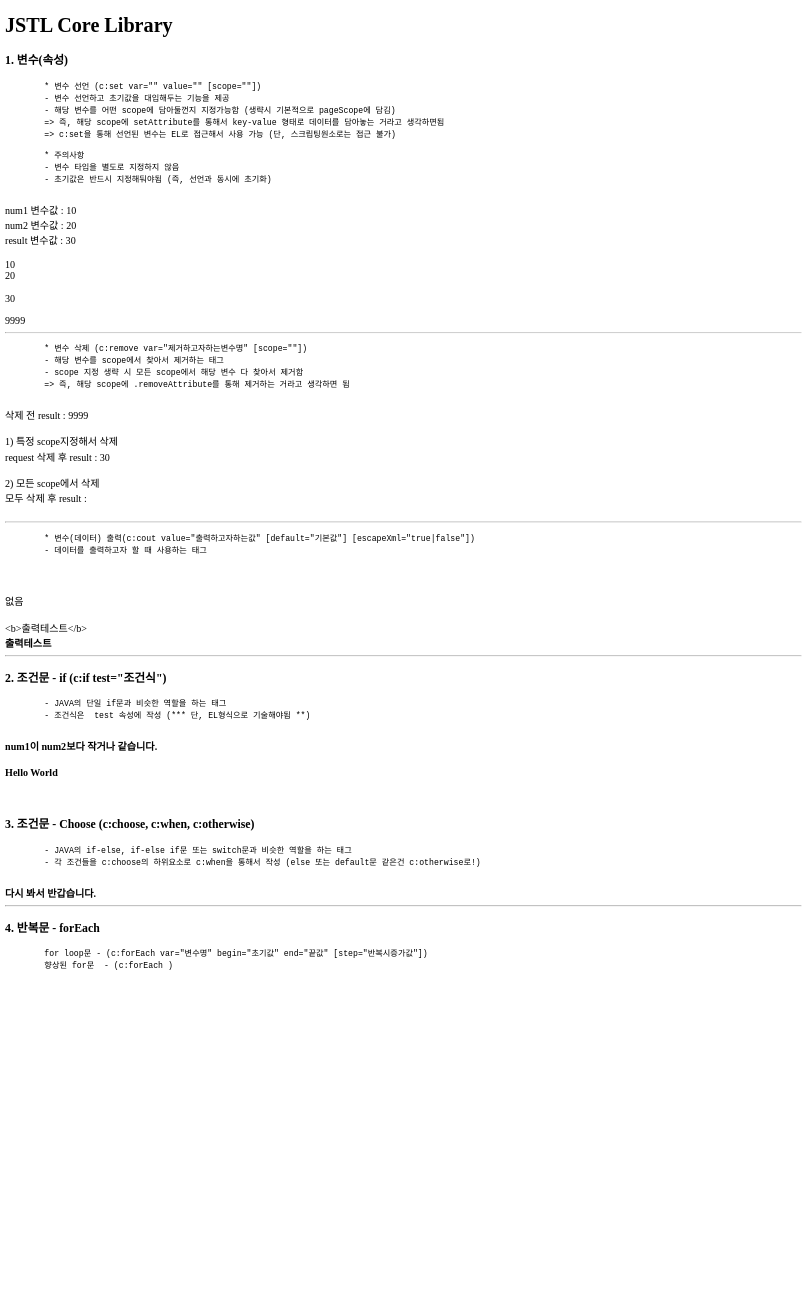
Repository: Young-27/DailyStudy
Page: http://localhost/actionProject/views/3_customAction/01_core.jsp
These files come from the project's save history. The page is drawn as it stood at one moment and after the next save; the edit follows.
The browser window is 1280 px wide. The pictures show the whole page, at 63% of full size.
The page is served by Tomcat 9.

Above is the page before, as saved 2021-06-17 10:06:56.

After the next save:
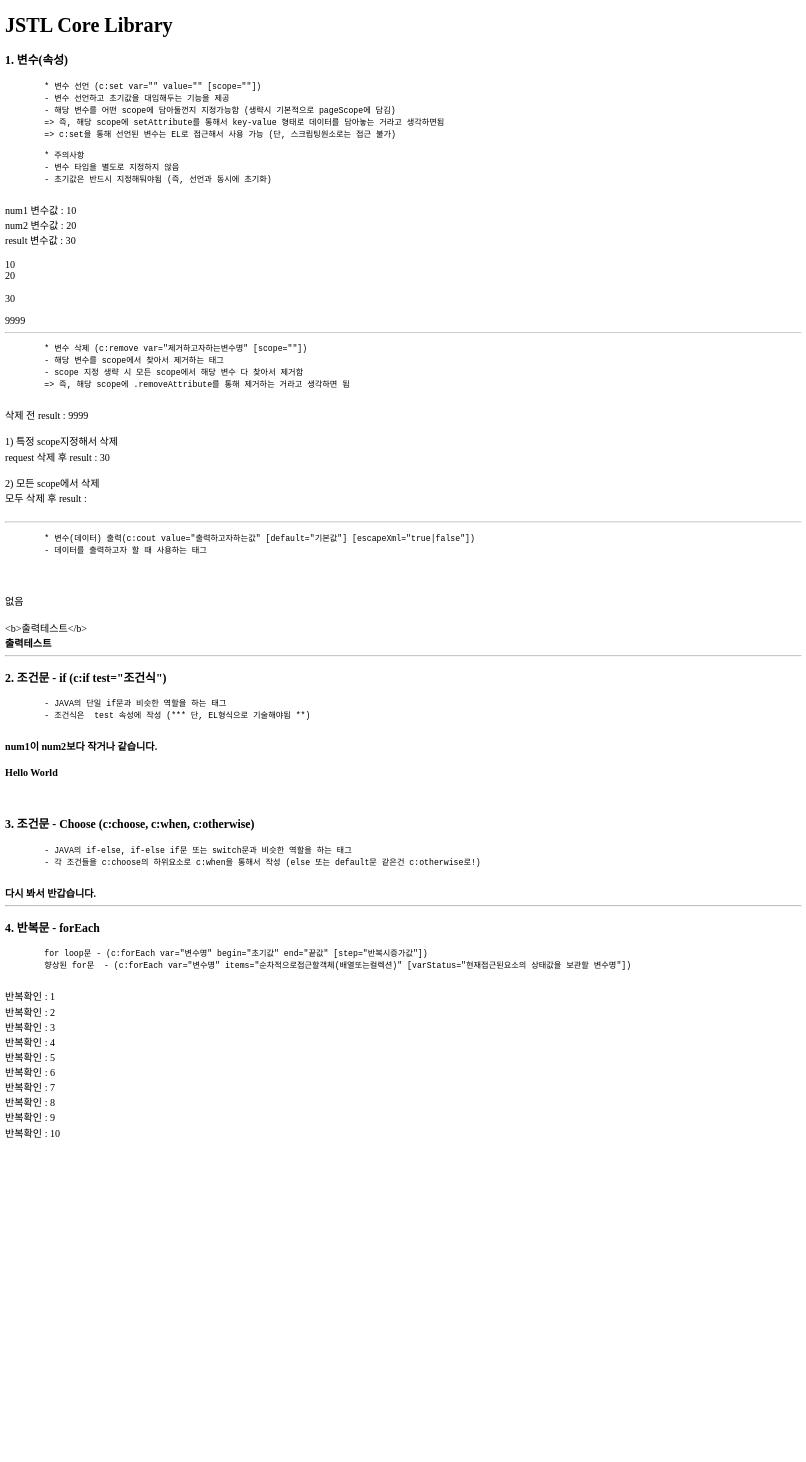
Saved 10 min 39 s later.
--- a/Server/web-workspace2/actionProject/WebContent/views/3_customAction/01_core.jsp
+++ b/Server/web-workspace2/actionProject/WebContent/views/3_customAction/01_core.jsp
@@ -160,10 +160,17 @@
 	<h3>4. 반복문 - forEach</h3>
 	<pre>
 	for loop문 - (c:forEach var="변수명" begin="초기값" end="끝값" [step="반복시증가값"])
-	향상된 for문  - (c:forEach )
+	향상된 for문  - (c:forEach var="변수명" items="순차적으로접근할객체(배열또는컬렉션)" [varStatus="현재접근된요소의 상태값을 보관할 변수명"])
 	</pre>
 
+	<%-- 기존방식
+	<% for(int i=1; i<=10; i++){%>
 
+	<%} %>
+	 --%>
+	 <c:forEach var="i" begin="1" end="10">
+	 	반복확인 : ${ i } <br>
+	 </c:forEach>
 
 
 
